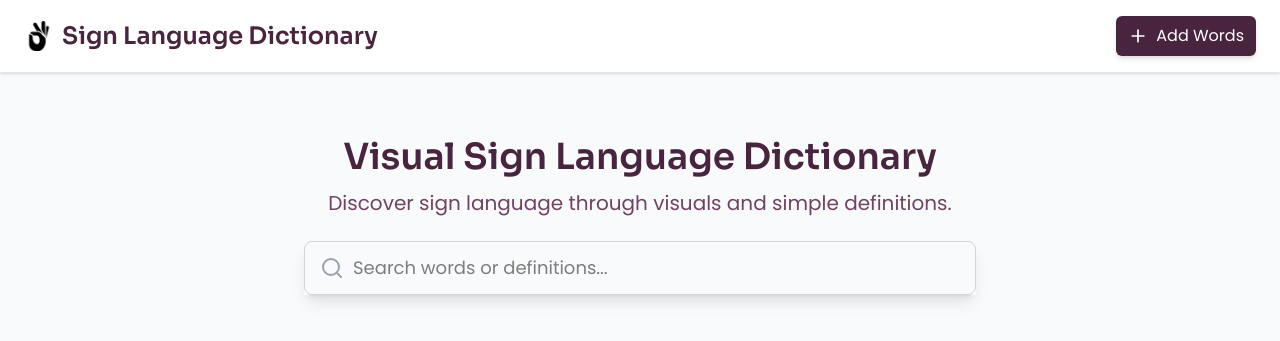
Repository: jabir12-12/sign-setu
Page: /
An editor plug-in stored every save of this project. The page is shown before and after the next save, followed by the edit.
The browser window is 1280 px wide. The pictures show the whole page.
The project was rebuilt for these pictures with package versions that can differ from the ones it lists, and the page was loaded fresh each time. The framework's server and built-in components were replaced by stand-ins that run in the browser. Also part of the build but not shown: next.config.ts.

Above is the page before, as saved 2025-05-27 16:46:05.

After the next save:
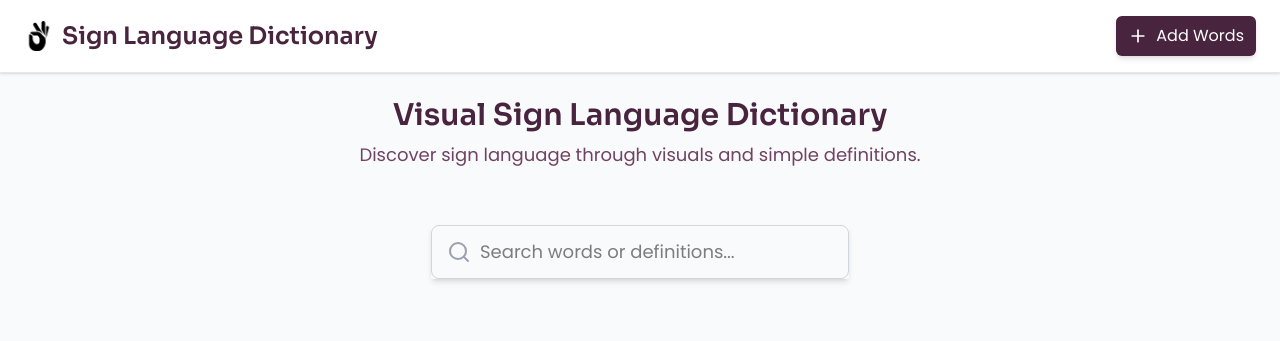
Saved 25 s later.
--- a/app/page.tsx
+++ b/app/page.tsx
@@ -39,22 +39,20 @@ export default function StockDashboard() {
       </header>
 
       {/* Centered Search Bar */}
-      <div className="flex flex-col items-center justify-center gap-6 px-4 md:px-6 py-10 mt-6">
-        {/* Heading */}
-        <div className="text-center">
-          <h2 className="text-3xl md:text-4xl font-semibold text-[#49243E]">
+      <div className='flex flex-col items-center justify-center gap-6 '>
+        <div className="text-center mt-6 px-4">
+          <h2 className="text-2xl md:text-3xl font-semibold text-[#49243E]">
             Visual Sign Language Dictionary
           </h2>
-          <p className="text-lg md:text-xl text-[#704264] mt-3">
+          <p className="text-md md:text-lg text-[#704264] mt-2">
             Discover sign language through visuals and simple definitions.
           </p>
         </div>
 
-        {/* Search bar */}
-        <div className="flex justify-center w-full max-w-2xl">
-          <div className="relative w-full shadow-lg">
+        <div className="flex justify-center mt-8 px-4">
+          <div className="relative w-full max-w-lg shadow-md">
             <span className="absolute inset-y-0 left-0 pl-4 flex items-center text-gray-400">
-              <Search className="w-6 h-6" /> {/* Larger icon */}
+              <Search className="w-6 h-6" /> {/* Bigger icon */}
             </span>
             <input
               type="text"
@@ -63,8 +61,8 @@ export default function StockDashboard() {
             />
           </div>
         </div>
+
       </div>
-
       {/* Add Words */}
       <Dialog open={isopen} onClose={() => setIsOpen(false)} maxWidth="xs" fullWidth>
         <DialogTitle
